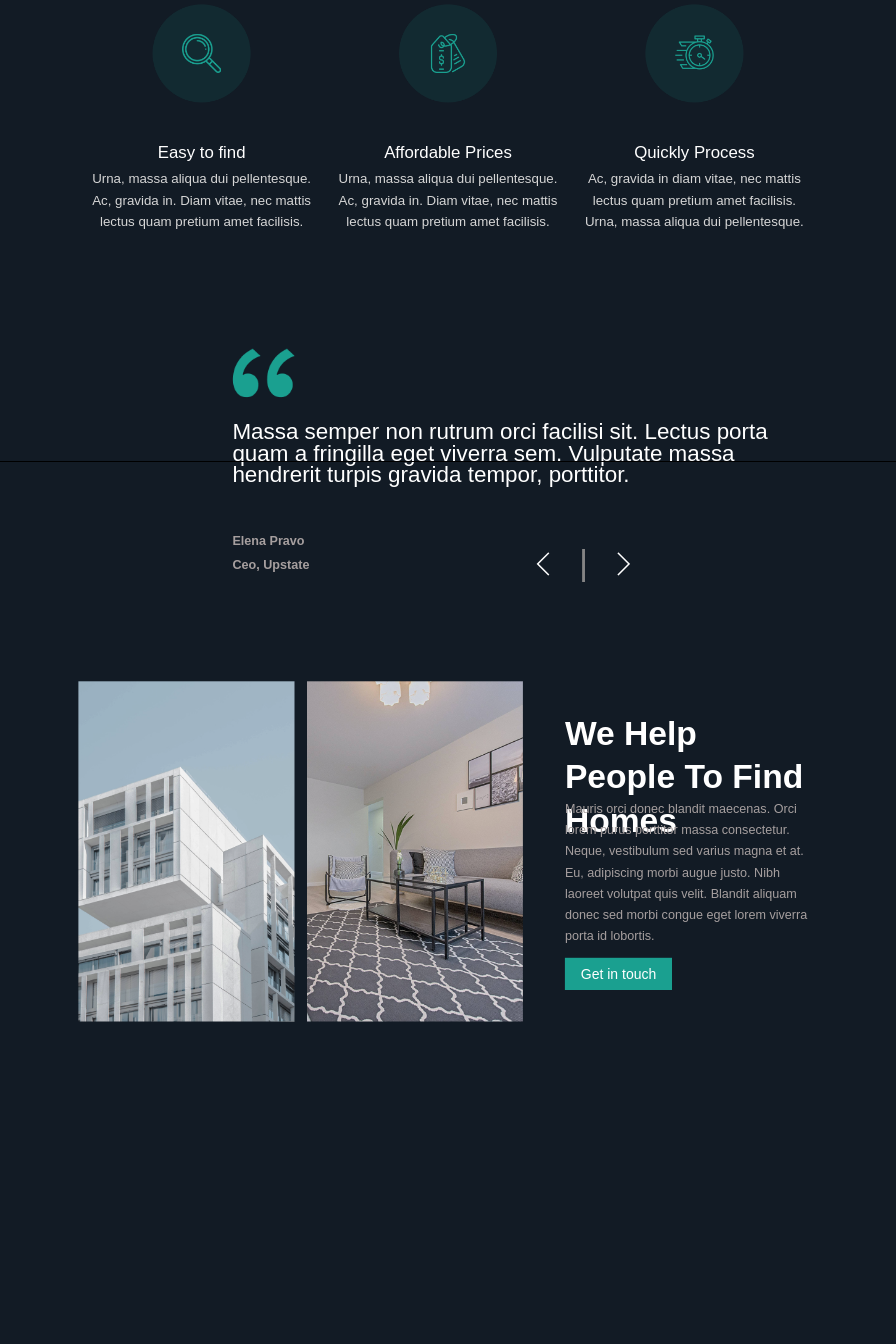
Repository: tung1233hhhhhhhhhhhhh/WebClone-Home
Page: index.html
These files come from the project's save history. The page is drawn as it stood at one moment and after the next save; the edit follows.
The browser window is 1280 px wide. The pictures show the part of the page from y = 2245 to 4165 px (the page is 4165 px tall), at 70% of full size.

Above is the page before, as saved 2023-05-24 21:43:14.

### index.html
<!DOCTYPE html>
<html lang="en">

<head>
    <meta charset="UTF-8">
    <meta http-equiv="X-UA-Compatible" content="IE=edge">
    <meta name="viewport" content="width=device-width, initial-scale=1.0">
    <title>Document</title>
    <link rel="stylesheet" href="./assets/css/main.css">
    <link rel="stylesheet" href="./assets/css/root.css">
    <link rel="stylesheet" href="./assets/fonts/themify-icons/themify-icons.css">
</head>

<body>
    <div id="hearder">
        <div class="nav">
            <div class="nav-brand">
                <img src="./assets/img/logo.png" alt="">
            </div>
            <ul class="nav-list">
                <li><a href="">Home</a></li>
                <li><a href="">About Us</a></li>
                <li><a href="">Buying</a></li>
                <li><a href="">Renting</a> </li>
                <li><a href="">Selling</a> </li>
                <li><a href="">Contant Us</a> </li>
                <li><a href="">Pages
                        <i class="ti-angle-down"></i>
                    </a> </li>
                <li><button class="nav-btn-login">Login</button></li>
                <li><button class="nav-btn-signup">Sign Up</button></li>
            </ul>
        </div>
    </div>

    <!--billboard  -->

    <div id="billboard">
        <div class="container">
            <div class="main">
                <div class="billboard-text">
                    <h1>Perfect Way To Buy And Sell A Home</h1>
                    <p>Diam vitae, nec mattis lectus quam pretium amet facilisis. Urna, massa aliqua dui pellentesque.
                        Ac, gravida in eget non amet eget purus non.</p>
                    <div class="navbar-billboard">
                        <div class="container-billboard">

                            <div class="billboard-select">
                                <select name="" id="" class="form-select">
                                    <option value="">Purpose</option>
                                    <option value="">Buy</option>
                                    <option value="">Action</option>
                                    <option value="">Something else here</option>
                                </select>
                            </div>
                            <div class="billboard-select">
                                <select name="" id="" class="form-select">
                                    <option value="">Location</option>
                                    <option value="">Action</option>
                                    <option value="">Another action</option>
                                    <option value="">Something else here</option>
                                </select>
                            </div>
                            <div class="billboard-select">
                                <select name="" id="" class="form-select">
                                    <option value="">Action</option>
                                    <option value="">Another action</option>
                                    <option value="">Something else here</option>
                                    <option value="">Type</option>
                                </select>
                            </div>
                            <div class="billboard-btn">
                                <button class="btn-select">Search</button>
                            </div>
                        </div>
                    </div>
                </div>

                <div class="billboard-img"></div>

            </div>
        </div>
    </div>

    <!-- feature -->

    <div id="feature">
        <div class="container">
            <div class="feature-row">
                <h2>Featured In</h2>
            </div>
            <div class="feature-row row-logo">
                <div class="feature-logo">
                    <img src="./assets/img/logo1.png" alt="">
                </div>
                <div class="feature-logo">
                    <img src="./assets/img/logo2.png" alt="">
                </div>
                <div class="feature-logo">
                    <img src="./assets/img/logo3.png" alt="">
                </div>
                <div class="feature-logo">
                    <img src="./assets/img/logo4.png" alt="">
                </div>
                <div class="feature-logo">
                    <img src="./assets/img/logo6.png" alt="">
                </div>
            </div>
        </div>
    </div>

    <!-- residence -->

    <div id="residence">
        <div class="container">
            <h2 class="text-residence">Popular Residence</h2>
            <div class="btn-next"></div>
            <div class="btn-prev"></div>
            <div class="residence-content">
                <div class="wrapper-residence">
                    <div class="box-slide">
                        <div class="card">
                            <img src="./assets/img/katie-musial-Zf5zT1torbg-unsplash.png" alt="">
                            <div class="card-text">
                                <h5>Aliva Priva Jalvin</h5>
                                <p>1087 Pin Oak Drive, Clinton, USA</p>
                                <div class="card-logo">
                                    <ul>
                                        <li class="logo-list">
                                            <img src="./assets/img/bed.png" alt="">
                                            4 bed
                                        </li>
                                        <li class="logo-list">
                                            <img src="./assets/img/bath.png" alt="">
                                            2 bath
                                        </li>
                                        <li class="logo-list">
                                            <img src="./assets/img/square.png" alt="">
                                            1203 Sqft.
                                        </li>
                                    </ul>
                                </div>
                            </div>

                        </div>
                    </div>

                    <div class="box-slide">
                        <div class="card">
                            <img src="./assets/img/lance-anderson-QdAAasrZhdk-unsplash.png" alt="">
                            <div class="card-text">
                                <h5>Aliva Priva Jalvin</h5>
                                <p>1087 Pin Oak Drive, Clinton, USA</p>
                                <div class="card-logo">
                                    <ul>
                                        <li class="logo-list">
                                            <img src="./assets/img/bed.png" alt="">
                                            4 bed
                                        </li>
                                        <li class="logo-list">
                                            <img src="./assets/img/bath.png" alt="">
                                            2 bath
                                        </li>
                                        <li class="logo-list">
                                            <img src="./assets/img/square.png" alt="">
                                            1203 Sqft.
                                        </li>
                                    </ul>
                                </div>
                            </div>
                        </div>
                    </div>

                    <div class="box-slide">
                        <div class="card">
                            <img src="./assets/img/pexels-scott-webb-532569.png" alt="">
                            <div class="card-text">
                                <h5>Aliva Priva Jalvin</h5>
                                <p>1087 Pin Oak Drive, Clinton, USA</p>
                                <div class="card-logo">
                                    <ul>
                                        <li class="logo-list">
                                            <img src="./assets/img/bed.png" alt="">
                                            4 bed
                                        </li>
                                        <li class="logo-list">
                                            <img src="./assets/img/bath.png" alt="">
                                            2 bath
                                        </li>
                                        <li class="logo-list">
                                            <img src="./assets/img/square.png" alt="">
                                            1203 Sqft.
                                        </li>
                                    </ul>
                                </div>
                            </div>
                        </div>
                    </div>

                    <div class="box-slide">
                        <div class="card">
                            <img src="./assets/img/katie-musial-Zf5zT1torbg-unsplash.png" alt="">
                            <div class="card-text">
                                <h5>Aliva Priva Jalvin</h5>
                                <p>1087 Pin Oak Drive, Clinton, USA</p>
                                <div class="card-logo">
                                    <ul>
                                        <li class="logo-list">
                                            <img src="./assets/img/bed.png" alt="">
                                            4 bed
                                        </li>
                                        <li class="logo-list">
                                            <img src="./assets/img/bath.png" alt="">
                                            2 bath
                                        </li>
                                        <li class="logo-list">
                                            <img src="./assets/img/square.png" alt="">
                                            1203 Sqft.
                                        </li>
                                    </ul>
                                </div>
                            </div>

                        </div>
                    </div>

                    <div class="box-slide">
                        <div class="card">
                            <img src="./assets/img/lance-anderson-QdAAasrZhdk-unsplash.png" alt="">
                            <div class="card-text">
                                <h5>Aliva Priva Jalvin</h5>
                                <p>1087 Pin Oak Drive, Clinton, USA</p>
                                <div class="card-logo">
                                    <ul>
                                        <li class="logo-list">
                                            <img src="./assets/img/bed.png" alt="">
                                            4 bed
                                        </li>
                                        <li class="logo-list">
                                            <img src="./assets/img/bath.png" alt="">
                                            2 bath
                                        </li>
                                        <li class="logo-list">
                                            <img src="./assets/img/square.png" alt="">
                                            1203 Sqft.
                                        </li>
                                    </ul>
                                </div>
                            </div>
                        </div>
                    </div>

                    <div class="box-slide">
                        <div class="card">
                            <img src="./assets/img/pexels-scott-webb-532569.png" alt="">
                            <div class="card-text">
                                <h5>Aliva Priva Jalvin</h5>
                                <p>1087 Pin Oak Drive, Clinton, USA</p>
                                <div class="card-logo">
                                    <ul>
                                        <li class="logo-list">
                                            <img src="./assets/img/bed.png" alt="">
                                            4 bed
                                        </li>
                                        <li class="logo-list">
                                            <img src="./assets/img/bath.png" alt="">
                                            2 bath
                                        </li>
                                        <li class="logo-list">
                                            <img src="./assets/img/square.png" alt="">
                                            1203 Sqft.
                                        </li>
                                    </ul>
                                </div>
                            </div>
                        </div>
                    </div>


                </div>
            </div>
            <div class="residence-btn">
                <button>View all properties</button>
            </div>
        </div>
    </div>

    <!-- about-us -->

    <div id="about-us">
        <div class="container">
            <div class="main">
                <h2>Why To Choose Us</h2>
                <div class="about-content">
                    <div class="about-box">
                        <img src="./assets/img/search.png" alt="">
                        <h4>Easy to find</h4>
                        <p>Urna, massa aliqua dui pellentesque. Ac, gravida in. Diam vitae, nec mattis lectus quam
                            pretium amet facilisis.</p>
                    </div>
                    <div class="about-box">
                        <img src="./assets/img/price.png" alt="">
                        <h4>Affordable Prices</h4>
                        <p>Urna, massa aliqua dui pellentesque. Ac, gravida in. Diam vitae, nec mattis lectus quam
                            pretium amet facilisis.</p>
                    </div>
                    <div class="about-box">
                        <img src="./assets/img/time.png" alt="">
                        <h4>Quickly Process</h4>
                        <p>Ac, gravida in diam vitae, nec mattis lectus quam pretium amet facilisis. Urna, massa aliqua
                            dui pellentesque.
                    </div>
                </div>
            </div>
        </div>
    </div>

    <!-- testimonial -->

    <div id="testimonial">
        <div class="container">
            <div class="testimonial-main">
                <div class="testimonial-wrapper">
                    <div class="slide-list">
                        <div class="slide-content">
                            <div class="slide-box">
                                <img src="./assets/img/quote.png" alt="">
                                <P>Massa semper non rutrum orci facilisi sit. Lectus porta quam a fringilla
                                    eget viverra sem. Vulputate massa hendrerit turpis gravida tempor, porttitor.</P>
                                <h1>Elena Pravo</h1>
                                <h2>Ceo, Upstate</h2>
                            </div>
                        </div>
                    </div>
                    <div class="slide-list">
                        <div class="slide-content">
                            <div class="slide-box">
                                <img src="./assets/img/quote.png" alt="">
                                <P>Massa semper non rutrum orci facilisi sit. Lectus porta quam a fringilla
                                    eget viverra sem. Vulputate massa hendrerit turpis gravida tempor, porttitor.</P>
                                <h1>Elena Pravo</h1>
                                <h2>Ceo, Upstate</h2>
                            </div>
                        </div>
                    </div>
                    <div class="slide-list">
                        <div class="slide-content">
                            <div class="slide-box">
                                <img src="./assets/img/quote.png" alt="">
                                <P>Massa semper non rutrum orci facilisi sit. Lectus porta quam a fringilla
                                    eget viverra sem. Vulputate massa hendrerit turpis gravida tempor, porttitor.</P>
                                <h1>Elena Pravo</h1>
                                <h2>Ceo, Upstate</h2>
                            </div>
                        </div>
                    </div>
                </div>
                <div class="testimonial-btn">
                    <div class="testimonial-prev">
                        <i class="ti-angle-left"></i>
                    </div>
                    <span>|</span>
                    <div class="testimonial-next">
                        <i class="ti-angle-right"></i>
                    </div>
                </div>
            </div>
        </div>
    </div>


    <!-- help -->

    <div id="help">
        <div class="container">
            <div class="help-main">
                <div class="help-img">
                    <img src="./assets/img/Group 1.png" alt="">
                </div>
                <div class="help-text">
                    <h2>We Help People To Find Homes</h2>
                    <p>Mauris orci donec blandit maecenas. Orci lorem purus porttitor massa consectetur. Neque,
                        vestibulum sed varius magna et at. Eu, adipiscing morbi augue justo. Nibh laoreet volutpat quis
                        velit. Blandit aliquam donec sed morbi congue eget lorem viverra porta id lobortis.</p>
                    <button>Get in touch</button>
                </div>
            </div>
        </div>
    </div>

    <!-- start -->

    <div id="start">
        <div class="container">
            <div class="start-main">
                <div class="start-left"></div>
                <div class="start-right"></div>
            </div>
        </div>
    </div>


</body>

</html>

### assets/css/root.css
:root {
    --accent-color: #1AA090;
    --dark-color: #121B25;
    --grey-color: #83898F;
    --body-text-color: #FFFFFF;
    --light-text-color: #a69f9f;
    --link-color: #092035;
}

Loaded but not shown: assets/fonts/themify-icons/themify-icons.css (common file); assets/css/main.css (545 lines, source omitted)

After the next save:
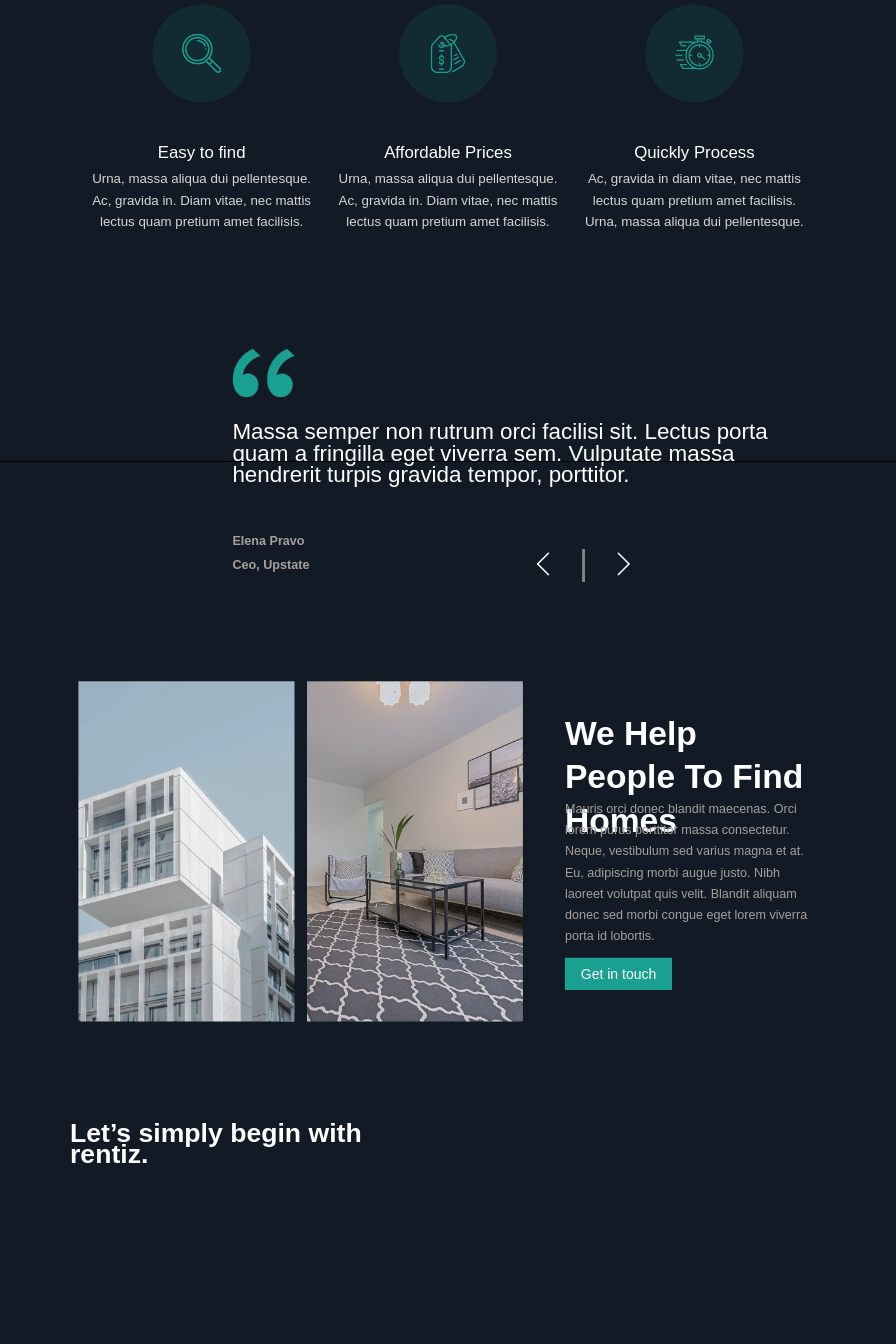
Saved 36 s later.
--- a/index.html
+++ b/index.html
@@ -393,7 +393,9 @@
     <div id="start">
         <div class="container">
             <div class="start-main">
-                <div class="start-left"></div>
+                <div class="start-left">
+                    <h1>Let’s simply begin with rentiz.</h1>
+                </div>
                 <div class="start-right"></div>
             </div>
         </div>
